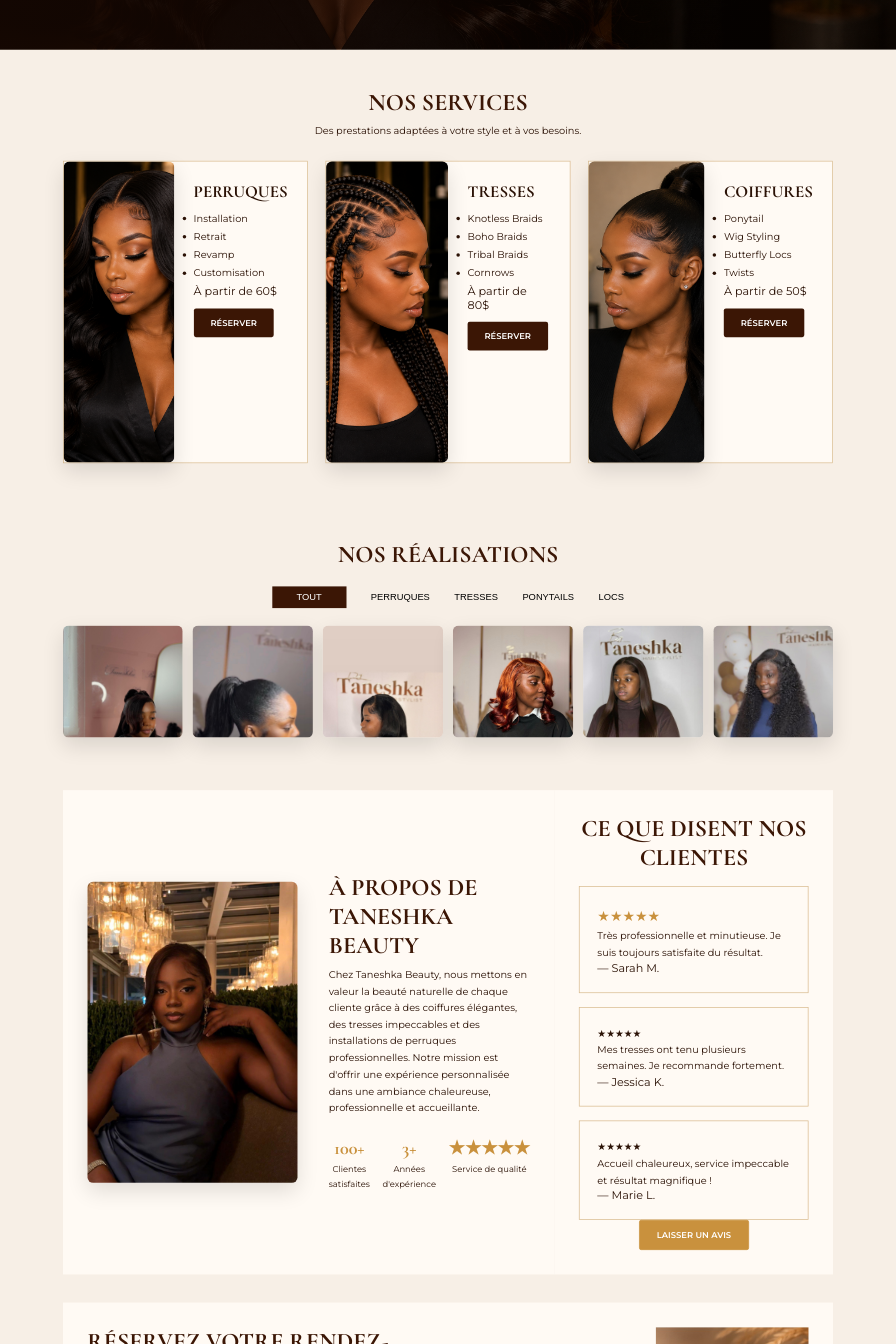
Repository: kngnepi/Taneshka-Beauty-House
Page: index.html
The author's editor kept a copy of each file at every save. The page is drawn from the files as they stood at one save, then again after the next save.
The browser window is 1280 px wide. The pictures show the part of the page from y = 734 to 2654 px (the page is 3857 px tall), at 70% of full size.

Above is the page before, as saved 2026-07-05 17:26:53.

### index.html
<!DOCTYPE html>
<html lang="fr">
<head>
  <meta charset="UTF-8" />
  <meta name="viewport" content="width=device-width, initial-scale=1.0" />
  <title>Taneshka Beauty</title>
  <link rel="stylesheet" href="style.css" />
</head>
<body>

  <!-- NAVBAR -->
  <header class="navbar">
    <div class="logo">
      <span>TB</span>
      <p>TANESHKA BEAUTY</p>
    </div>

    <nav>
      <a href="#home">Accueil</a>
      <a href="#services">Services</a>
      <a href="#portfolio">Portfolio</a>
      <a href="#about">À propos</a>
      <a href="#booking">Réservation</a>
      <a href="#products">Boutique</a>
      <a href="#contact">Contact</a>
    </nav>

    <a href="#booking" class="btn-gold">Réserver</a>
  </header>

  <!-- HERO -->
  <section id="home" class="hero">
    <div class="hero-content">
      <h1>TANESHKA<br>BEAUTY</h1>
      <p class="tagline">Élégance • Confiance • Beauté</p>
      <p class="hero-text">
        Spécialiste en perruques, tresses et coiffures protectrices.
      </p>

      <div class="hero-buttons">
        <a href="#booking" class="btn-gold">Réserver un rendez-vous</a>
        <a href="#portfolio" class="btn-outline">Voir nos réalisations</a>
      </div>
    </div>
  </section>

  <!-- SERVICES -->
  <section id="services" class="section">
    <h2>Nos Services</h2>
    <p class="section-subtitle">Des prestations adaptées à votre style et à vos besoins.</p>

    <div class="services-grid">
      <div class="service-card">
        <div class="service-img"></div>
        <div>
          <h3>Perruques</h3>
          <ul>
            <li>Installation</li>
            <li>Retrait</li>
            <li>Revamp</li>
            <li>Customisation</li>
          </ul>
          <p>À partir de 60$</p>
          <a href="#booking" class="btn-dark">Réserver</a>
        </div>
      </div>

      <div class="service-card">
        <div class="service-img"></div>
        <div>
          <h3>Tresses</h3>
          <ul>
            <li>Knotless Braids</li>
            <li>Boho Braids</li>
            <li>Tribal Braids</li>
            <li>Cornrows</li>
          </ul>
          <p>À partir de 80$</p>
          <a href="#booking" class="btn-dark">Réserver</a>
        </div>
      </div>

      <div class="service-card">
        <div class="service-img"></div>
        <div>
          <h3>Coiffures</h3>
          <ul>
            <li>Ponytail</li>
            <li>Wig Styling</li>
            <li>Butterfly Locs</li>
            <li>Twists</li>
          </ul>
          <p>À partir de 50$</p>
          <a href="#booking" class="btn-dark">Réserver</a>
        </div>
      </div>
    </div>
  </section>

  <!-- PORTFOLIO -->
  <section id="portfolio" class="section">
    <h2>Nos Réalisations</h2>

    <div class="portfolio-filters">
      <button>Tout</button>
      <button>Perruques</button>
      <button>Tresses</button>
      <button>Ponytails</button>
      <button>Locs</button>
    </div>

    <div class="portfolio-grid">
      <div class="portfolio-item"></div>
      <div class="portfolio-item"></div>
      <div class="portfolio-item"></div>
      <div class="portfolio-item"></div>
      <div class="portfolio-item"></div>
      <div class="portfolio-item"></div>
    </div>
  </section>

  <!-- ABOUT + REVIEWS -->
  <!-- ABOUT + REVIEWS -->
<section class="split-section">
  <div id="about" class="about-box">
    <div class="about-img"></div>

    <div class="about-content">
      <h2>À propos de Taneshka Beauty</h2>
      <p>
        Chez Taneshka Beauty, nous mettons en valeur la beauté naturelle de chaque cliente
        grâce à des coiffures élégantes, des tresses impeccables et des installations de
        perruques professionnelles. Notre mission est d'offrir une expérience personnalisée
        dans une ambiance chaleureuse, professionnelle et accueillante.
      </p>

      <div class="about-stats">
        <div>
          <h3>100+</h3>
          <p>Clientes satisfaites</p>
        </div>

        <div>
          <h3>3+</h3>
          <p>Années d'expérience</p>
        </div>

        <div>
          <h3>★★★★★</h3>
          <p>Service de qualité</p>
        </div>
      </div>
    </div>
  </div>

  <div class="reviews-box">
    <h2>Ce que disent nos clientes</h2>

    <div class="reviews-grid">
      <div class="review-card">
        <p class="stars">★★★★★</p>
        <p>Très professionnelle et minutieuse. Je suis toujours satisfaite du résultat.</p>
        <span>— Sarah M.</span>
      </div>

      <div class="review-card">
        <p class="stars">★★★★★</p>
        <p>Mes tresses ont tenu plusieurs semaines. Je recommande fortement.</p>
        <span>— Jessica K.</span>
      </div>

      <div class="review-card">
        <p class="stars">★★★★★</p>
        <p>Accueil chaleureux, service impeccable et résultat magnifique !</p>
        <span>— Marie L.</span>
      </div>
    </div>

    <a href="#booking" class="btn-gold">Laisser un avis</a>
  </div>
</section>

<!-- BOOKING + PRODUCTS -->
<section class="split-section">
  <div id="booking" class="booking-section">
    <h2>Réservez votre rendez-vous</h2>

    <form class="booking-form">
      <input type="text" placeholder="Nom complet" />
      <input type="tel" placeholder="Téléphone" />
      <input type="email" placeholder="Adresse courriel" />

      <select>
        <option>Service désiré</option>
        <option>Perruques</option>
        <option>Tresses</option>
        <option>Coiffures</option>
      </select>

      <input type="date" />
      <input type="time" />
      <textarea placeholder="Message optionnel"></textarea>

      <button type="submit" class="btn-gold">Confirmer ma réservation</button>
    </form>
  </div>

  <div id="products" class="products-section">
    <div class="products-content">
      <div class="products-text">
        <h2>Boutique</h2>
        <p class="coming-soon">Coming Soon</p>
        <p>Notre boutique sera bientôt disponible.</p>
        <p>Vous pourrez commander :</p>

        <ul>
          <li>Perruques</li>
          <li>Produits capillaires</li>
          <li>Accessoires</li>
          <li>Bonnets</li>
          <li>Edge Control</li>
        </ul>

        <a href="#contact" class="btn-gold">Être informé du lancement</a>
      </div>

      <div class="products-img"></div>
    </div>
  </div>
</section>

<!-- LOCATION + FAQ -->
<section id="contact" class="split-section">
  <div class="location-box">
  <h2>Nous trouver</h2>

  <div class="location-content">
    <div class="location-info">
      <p>📍 Trois-Rivières, Québec, Canada</p>
      <p>📞 (514) 123-4567</p>
      <p>✉️ taneshkabeauty@gmail.com</p>
      <p>🕒 Lundi - Samedi : 9h - 19h</p>
      <p>Dimanche : Fermé</p>

      <a
        href="https://www.google.com/maps/search/?api=1&query=Trois-Rivi%C3%A8res%2C%20Qu%C3%A9bec%2C%20Canada"
        target="_blank"
        class="btn-outline-dark"
      >
        Obtenir l'itinéraire
      </a>
    </div>

    <div class="map-box">
      <iframe
        src="https://www.google.com/maps?q=Trois-Rivi%C3%A8res%2C%20Qu%C3%A9bec%2C%20Canada&output=embed"
        loading="lazy"
        referrerpolicy="no-referrer-when-downgrade">
      </iframe>
    </div>
  </div>
</div>

  <div class="faq-box">
    <h2>Questions fréquentes</h2>

    <details>
      <summary>Comment prendre rendez-vous ?</summary>
      <p>Vous pouvez réserver via le formulaire ou nous contacter sur Instagram.</p>
    </details>

    <details>
      <summary>Dois-je fournir les mèches ?</summary>
      <p>Cela dépend du service choisi. Les détails seront confirmés lors de la réservation.</p>
    </details>

    <details>
      <summary>Quelle est votre politique d'annulation ?</summary>
      <p>Les annulations doivent être faites au moins 48h avant le rendez-vous.</p>
    </details>

    <details>
      <summary>Quels modes de paiement acceptez-vous ?</summary>
      <p>Espèces et virement Interac.</p>
    </details>

    <details>
      <summary>Combien de temps dure une installation ?</summary>
      <p>La durée varie selon le service sélectionné.</p>
    </details>
  </div>
</section>
  <!-- FOOTER -->
  <footer>
    <h2>TB</h2>
    <p>Taneshka Beauty</p>
    <p>© 2026 Taneshka Beauty. Tous droits réservés.</p>
  </footer>

</body>
</html>

### style.css
@import url('https://fonts.googleapis.com/css2?family=Cormorant+Garamond:wght@500;600;700&family=Montserrat:wght@300;400;500;600&display=swap');

:root {
  --brown: #3b1605;
  --dark-brown: #1f0c03;
  --gold: #c9913d;
  --cream: #f7efe6;
  --light-cream: #fffaf4;
  --text: #2b1206;
  --border: #d8b98c;
}

* {
  margin: 0;
  padding: 0;
  box-sizing: border-box;
}

body {
  background: var(--cream);
  color: var(--text);
  font-family: "Montserrat", sans-serif;
}

h1, h2, h3 {
  font-family: "Cormorant Garamond", serif;
  text-transform: uppercase;
}

section {
  padding: 55px 7%;
}

.navbar {
  background: rgba(31, 12, 3, 0.95);
  color: white;
  height: 85px;
  padding: 0 7%;
  display: flex;
  align-items: center;
  justify-content: space-between;
}

.logo span {
  color: var(--gold);
  font-family: "Cormorant Garamond", serif;
  font-size: 38px;
  font-weight: 700;
}

.logo p {
  color: var(--gold);
  font-size: 13px;
  letter-spacing: 1px;
}

nav {
  display: flex;
  gap: 30px;
}

nav a {
  color: white;
  text-decoration: none;
  font-size: 13px;
  text-transform: uppercase;
}

.btn-gold,
.btn-outline,
.btn-dark {
  display: inline-block;
  padding: 13px 24px;
  text-decoration: none;
  text-transform: uppercase;
  font-size: 12px;
  font-weight: 600;
  border-radius: 3px;
}

.btn-gold {
  background: var(--gold);
  color: white;
  border: 1px solid var(--gold);
}

.btn-outline {
  border: 1px solid var(--gold);
  color: white;
}

.btn-dark {
  background: var(--brown);
  color: white;
  margin-top: 15px;
}

.hero {
  min-height: 720px;
  background:
    linear-gradient(to right, rgba(20, 7, 2, 0.95) 0%, rgba(20, 7, 2, 0.75) 38%, rgba(20, 7, 2, 0.25) 70%),
    url("images/hero.jpg");
  background-size: cover;
  background-position: center 35%;
  display: flex;
  align-items: center;
}

.hero-content {
  max-width: 620px;
  margin-top: 40px;
}

.hero h1 {
  color: var(--gold);
  font-size: 92px;
  line-height: 0.9;
}

.tagline {
  color: white;
  font-family: "Cormorant Garamond", serif;
  font-size: 28px;
  font-style: italic;
  margin: 20px 0;
}

.hero-text {
  color: white;
  font-size: 18px;
  line-height: 1.6;
}

.hero-buttons {
  display: flex;
  gap: 20px;
  margin-top: 30px;
}

.section {
  text-align: center;
}

.section h2,
.split-section h2 {
  font-size: 34px;
  color: var(--brown);
  margin-bottom: 10px;
}

.section-subtitle {
  margin-bottom: 35px;
  font-size: 14px;
}

.services-grid {
  display: grid;
  grid-template-columns: repeat(3, 1fr);
  gap: 25px;
}

.service-card {
  background: var(--light-cream);
  border: 1px solid var(--border);
  display: grid;
  grid-template-columns: 1fr 1fr;
  text-align: left;
  min-height: 260px;
}

.service-img,
.portfolio-item,
.about-img {
  width: 100%;
  height: 430px;
  background-image: url("images/about.jpg");
  background-size: cover;
  background-position: center top;
  border-radius: 8px;
  box-shadow: 0 12px 30px rgba(0,0,0,.12);
}

.service-card:nth-child(1) .service-img {
  background-image: url("images/service-wig.jpg");
}

.service-card:nth-child(2) .service-img {
  background-image: url("images/service-braids.jpg");
}

.service-card:nth-child(3) .service-img {
  background-image: url("images/service-hair.jpg");
}

.service-card div:last-child {
  padding: 28px;
}

.service-card h3 {
  font-size: 24px;
  margin-bottom: 15px;
}

.service-card li {
  margin-bottom: 8px;
  font-size: 14px;
}

.portfolio-filters {
  display: flex;
  justify-content: center;
  gap: 35px;
  margin: 25px 0;
}

.portfolio-filters button {
  background: transparent;
  border: none;
  text-transform: uppercase;
  cursor: pointer;
}

.portfolio-filters button:first-child {
  background: var(--brown);
  color: white;
  padding: 8px 35px;
}

.portfolio-grid {
  display: grid;
  grid-template-columns: repeat(6, 1fr);
  gap: 14px;
}

.portfolio-item {
  height: 160px;
}

.portfolio-item:nth-child(1) {
  background-image: url("images/portfolio-1.jpg");
}

.portfolio-item:nth-child(2) {
  background-image: url("images/portfolio-2.jpg");
}

.portfolio-item:nth-child(3) {
  background-image: url("images/portfolio-3.jpg");
}

.portfolio-item:nth-child(4) {
  background-image: url("images/portfolio-4.jpg");
}

.portfolio-item:nth-child(5) {
  background-image: url("images/portfolio-5.jpg");
}

.portfolio-item:nth-child(6) {
  background-image: url("images/portfolio-6.jpg");
}

.split-section {
  padding: 20px 7%;
  display: grid;
  grid-template-columns: 1fr 1fr;
  gap: 0;
}

.about-box,
.reviews-box,
.location-box,
.faq-box,
.booking-section,
.products-section {
  background: var(--light-cream);
  border: 1px solid var(--border);
  padding: 35px;
}

.about-box {
  display: grid;
  grid-template-columns: 300px 1fr;
  gap: 45px;
  align-items: center;
  background: var(--light-cream);
  padding: 45px;
}

.about-img {
  min-height: 280px;
  background-image: url("images/about.jpg");
}

.about-box p,
.review-card p,
.location-box p,
.products-section p,
.faq-box p {
  font-size: 14px;
  line-height: 1.7;
}

.reviews-box {
  text-align: center;
}

.review-card {
  border: 1px solid var(--border);
  padding: 25px;
  margin-top: 20px;
  text-align: left;
}

.review-card:first-of-type p:first-child {
  color: var(--gold);
  font-size: 20px;
}

.booking-form {
  max-width: 850px;
  margin: auto;
  display: grid;
  grid-template-columns: 1fr 1fr;
  gap: 14px;
}

.booking-form input,
.booking-form select,
.booking-form textarea {
  padding: 13px;
  border: 1px solid var(--border);
  background: var(--light-cream);
  font-family: "Montserrat", sans-serif;
}

.booking-form textarea,
.booking-form button {
  grid-column: span 2;
}

.products-section {
  text-align: center;
}

.products-section h2 {
  color: var(--brown);
}

.location-box {
  text-align: left;
}

.faq-box details {
  border: 1px solid var(--border);
  margin-bottom: 10px;
  padding: 14px;
  background: var(--cream);
}

.faq-box summary {
  cursor: pointer;
  font-weight: 600;
}

footer {
  background: linear-gradient(to right, var(--dark-brown), var(--brown));
  color: white;
  text-align: center;
  padding: 45px 7%;
}

footer h2 {
  color: var(--gold);
  font-size: 55px;
}

footer p {
  color: var(--gold);
  margin-top: 8px;
}

@media (max-width: 900px) {
  .navbar {
    height: auto;
    flex-direction: column;
    padding: 20px;
    gap: 20px;
  }

  nav {
    flex-wrap: wrap;
    justify-content: center;
  }

  .hero h1 {
    font-size: 55px;
  }

  .services-grid,
  .split-section {
    grid-template-columns: 1fr;
  }

  .service-card,
  .about-box {
    grid-template-columns: 1fr;
  }

  .portfolio-grid {
    grid-template-columns: repeat(2, 1fr);
  }

  .booking-form {
    grid-template-columns: 1fr;
  }

  .booking-form textarea,
  .booking-form button {
    grid-column: span 1;
  }
}

.about-content {
  display: flex;
  flex-direction: column;
  justify-content: center;
}

.about-stats {
  display: grid;
  grid-template-columns: repeat(3, 1fr);
  gap: 18px;
  margin-top: 30px;
  text-align: center;
}

.about-stats h3 {
  color: var(--gold);
  font-size: 26px;
  margin-bottom: 5px;
}

.about-stats p {
  font-size: 12px;
}

.products-section {
  padding: 0;
  text-align: left;
}

.products-content {
  display: grid;
  grid-template-columns: 1fr 1fr;
  min-height: 320px;
}

.products-text {
  padding: 45px;
}

.products-text h2 {
  text-align: center;
}

.coming-soon {
  text-align: center;
  text-transform: uppercase;
  font-size: 13px;
  margin-bottom: 20px;
}

.products-text ul {
  margin: 15px 0 25px 20px;
}

.products-text li {
  margin-bottom: 8px;
}

.products-img {
  background-image: url("images/products.jpg");
  background-size: cover;
  background-position: center;
  min-height: 320px;
}

@media (max-width: 900px) {
  .about-stats {
    grid-template-columns: 1fr;
  }

  .products-content {
    grid-template-columns: 1fr;
  }
}

.about-box,
.reviews-box,
.location-box,
.faq-box,
.booking-section,
.products-section {
    background: var(--light-cream);
    border: none;
    padding: 35px;
}
.location-content {
  display: grid;
  grid-template-columns: 1fr 1.2fr;
  gap: 25px;
  align-items: stretch;
}

.location-info p {
  margin-bottom: 10px;
}

.map-box {
  width: 100%;
  min-height: 260px;
  border: 1px solid var(--border);
  overflow: hidden;
}

.map-box iframe {
  width: 100%;
  height: 100%;
  min-height: 260px;
  border: none;
}

@media (max-width: 900px) {
  .location-content {
    grid-template-columns: 1fr;
  }
}

After the next save:
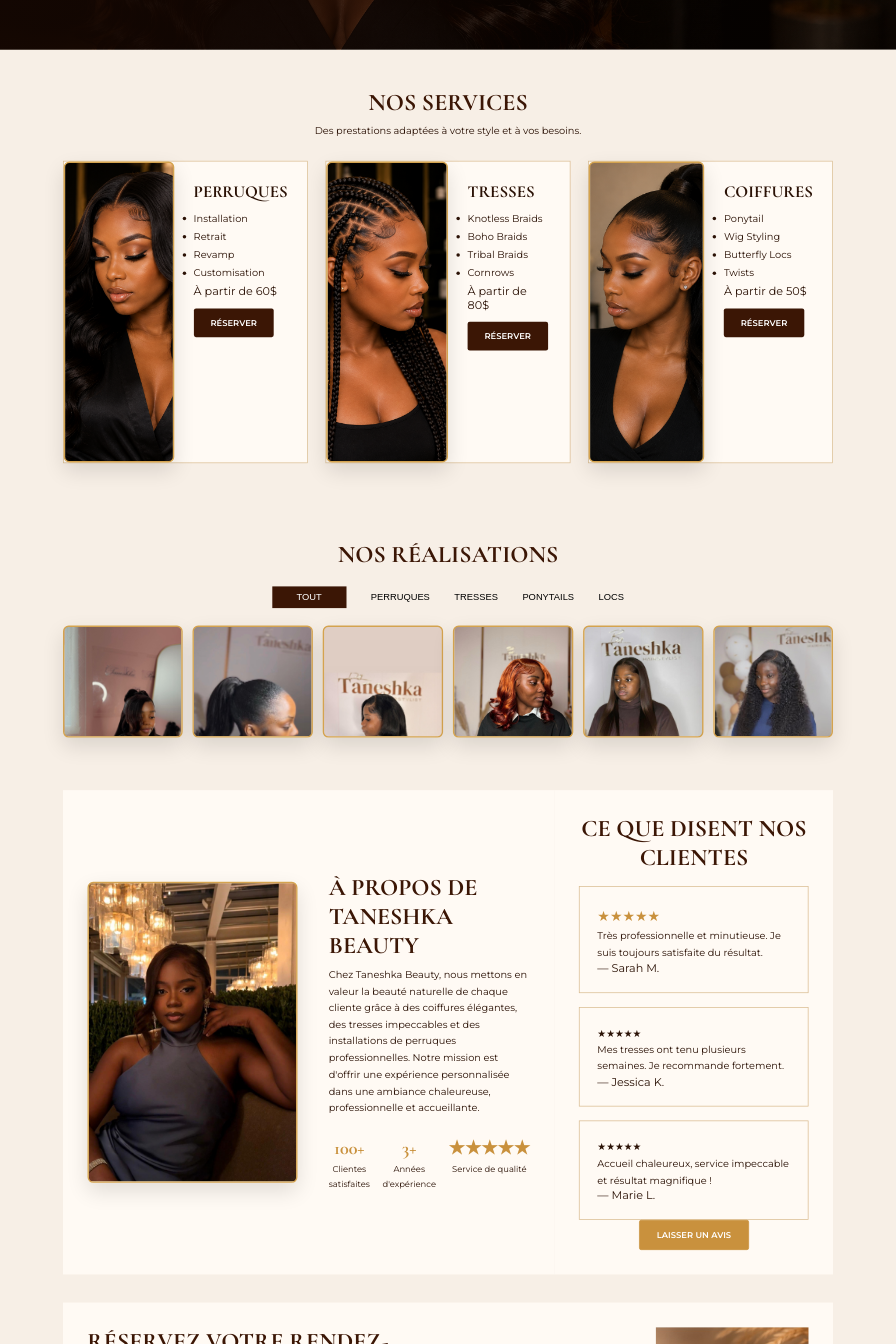
Saved 38 s later.
--- a/style.css
+++ b/style.css
@@ -177,6 +177,7 @@
   background-size: cover;
   background-position: center top;
   border-radius: 8px;
+  border: 2px solid #d4a34f;
   box-shadow: 0 12px 30px rgba(0,0,0,.12);
 }
 

After the save that followed:
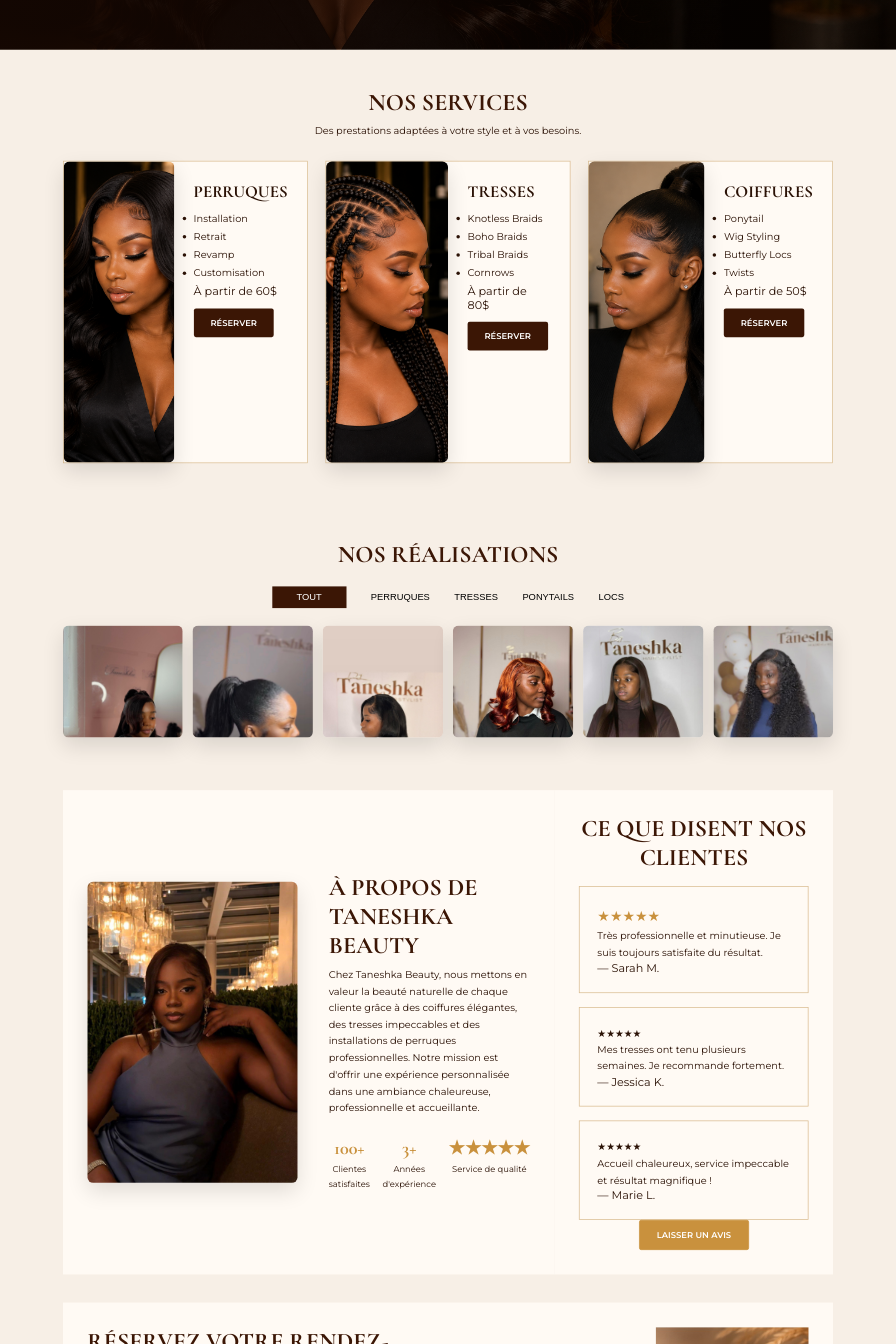
Saved 33 s later.
--- a/style.css
+++ b/style.css
@@ -177,7 +177,6 @@
   background-size: cover;
   background-position: center top;
   border-radius: 8px;
-  border: 2px solid #d4a34f;
   box-shadow: 0 12px 30px rgba(0,0,0,.12);
 }
 
